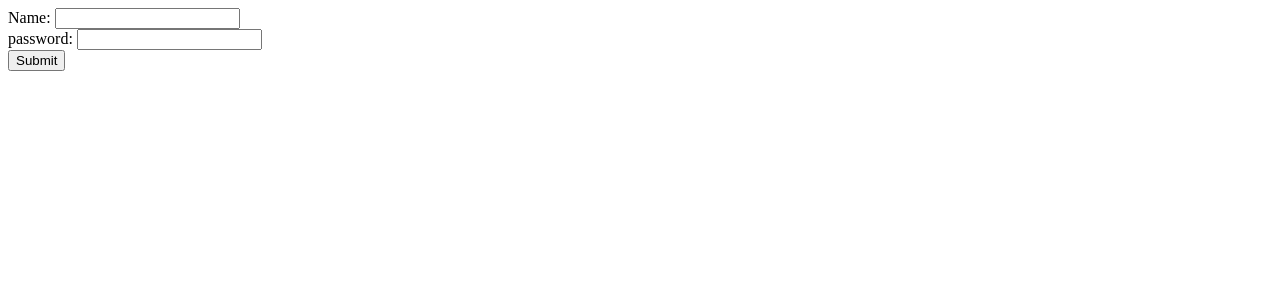
Repository: Ftujio/Stuff
Page: School/internet_programing/SampleServlet/WebContent/index.html
These files come from the project's save history. The page is drawn as it stood at one moment and after the next save; the edit follows.
The browser window is 1280 px wide. The pictures show the whole page.

Above is the page before, as saved 2016-10-05 14:48:32.

After the next save:
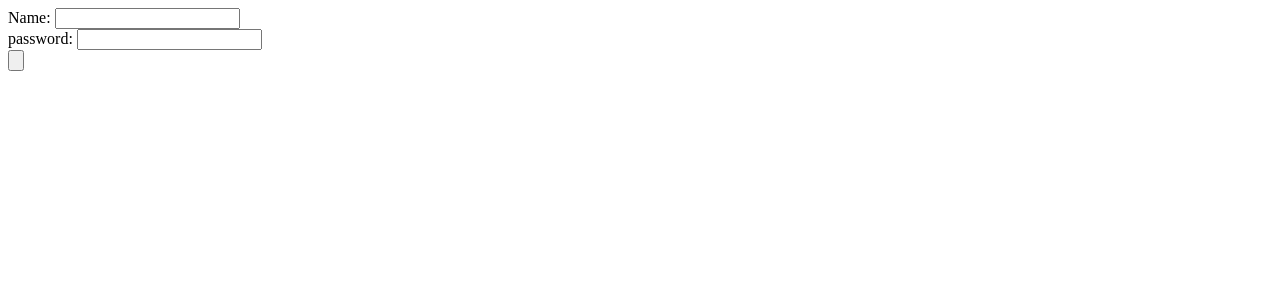
Saved 5 s later.
--- a/School/internet_programing/SampleServlet/WebContent/index.html
+++ b/School/internet_programing/SampleServlet/WebContent/index.html
@@ -9,7 +9,7 @@
 	<form action="adminServlet">
 		Name: <input type="text" name="name"><br>
 		password: <input type="password" name="password"><br>
-		<input type="submit"
+		<input type="submit" value="">
 	</form>
 </body>
 </html>
